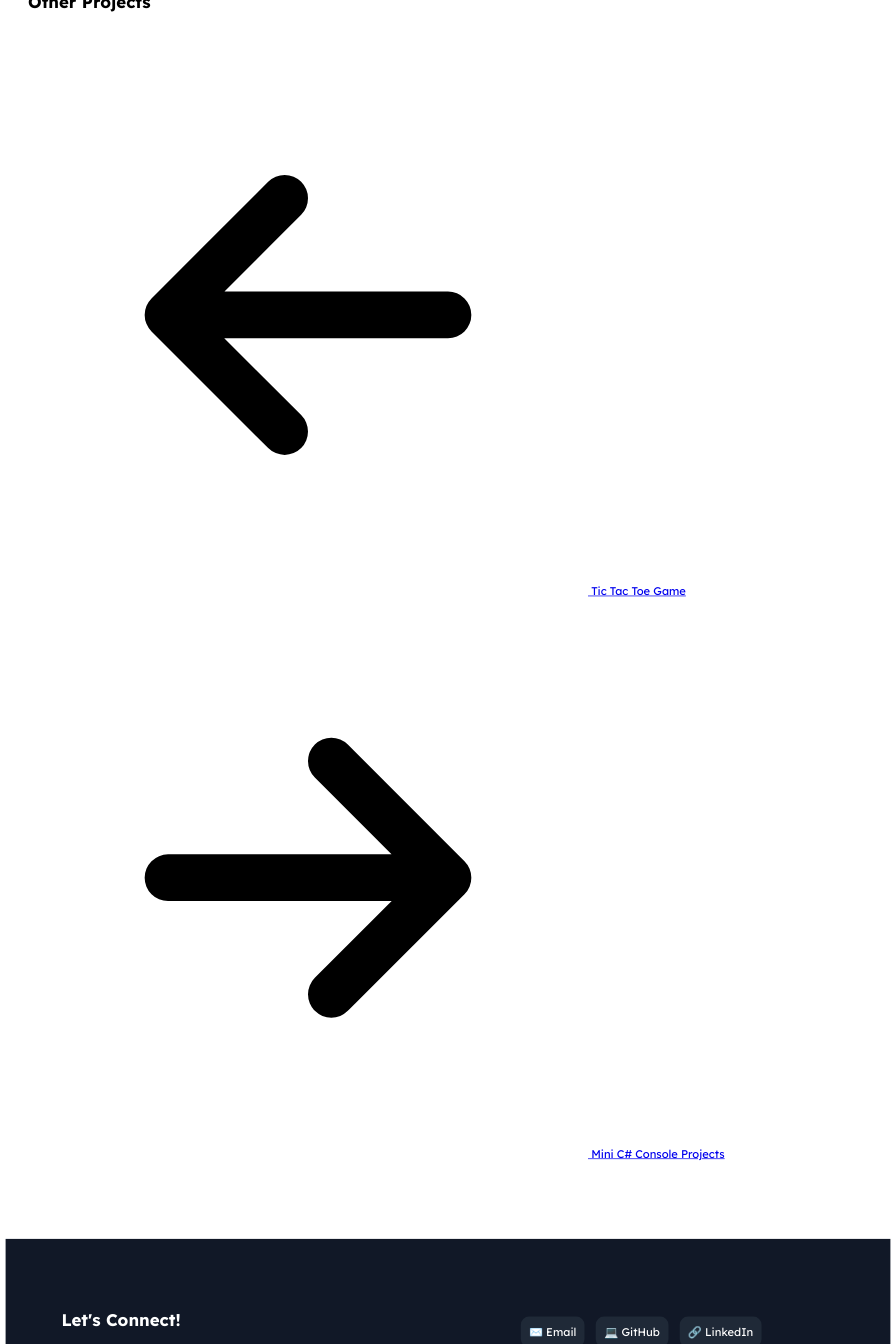
Repository: perrybalaba/perrybalaba
Page: pages/weapon-upgrade.html
The author's editor kept a copy of each file at every save. The page is drawn from the files as they stood at one save, then again after the next save.
The browser window is 1280 px wide. The pictures show the part of the page from y = 737 to 2657 px (the page is 2781 px tall before and 2901 px after), at 70% of full size.

Above is the page before, as saved 2026-05-14 18:22:00.

### pages/weapon-upgrade.html
<!DOCTYPE html>
<html lang="en">
<head>
    <meta charset="UTF-8">
    <meta name="viewport" content="width=device-width, initial-scale=1.0">
    <title> Perry's Portfolio </title>
    <link rel="stylesheet" href="../styles/projects.css"/>
    <link rel="stylesheet" href="../styles/globals.css"/>
</head>
<body>
    <main>
        <!-- NAVIGATION BAR -->
        <nav class="Nav-Bar">
            <ul>
                <li><a href="../index.html"> About me </a></li>
                <li><a href="../pages/weapon-upgrade.html"> Projects </a></li>
            </ul>
        </nav>
        <!-- INFO -->
        <div class="Project-Info">
            <div class="Project-Info-Container">
                <h2> Weapon Upgrade System </h2>
                <div class="Project-Stats">
                    <span class="Work-In-Progress">
                        <img src="../assets/images/clock-svgrepo-com.svg" alt="in progress"/>
                        Work In Progress
                    </span>
                </div>
                <div class="Project-Info-Card">
                    <h3> Project Overview </h3>
                        <p>
                            This is a console-based C# application inspired by the weapon merchant and upgrade mechanics
                            found in Resident Evil 4. This project simulates a survival-horror weapon shop where the player
                            manages money, purchases weapons, and upgrades weapon statistics.
                        </p>
                    <h3> Pictures </h3>
                </div>
            </div>

        </div>

        <!-- MORE PROJECTS -->
        <div class="Other-Projects">
            <h2> Other Projects </h2>
            <div class="Other-Projects-Card-Left">
                <a href="./tic-tac-toe.html">
                    <img src="../assets/images/arrow-sm-left-svgrepo-com.svg">
                    Tic Tac Toe Game
                </a>
            </div>

            <div class="Other-Projects-Card-Right">
                <a href="./console-projects.html">
                    <img src="../assets/images/arrow-sm-right-svgrepo-com.svg">
                    Mini C# Console Projects
                </a>

            </div>
        </div>

        <!-- CONTACT -->
        <div class="Contact">
            <div class="Contact-Container">
                <div class="Contact-Text">
                    <h2> Let's Connect! </h2>
                    <p>
                        I'm always interested in learning, collaborating, and working on new projects.
                    </p>
                </div>

                <div class="Contact-Links">
                    <a href="mailto:balabaperry@gmail.com"> ✉️ Email</a>
                    <a href="https://github.com/perrybalaba"> 💻 GitHub </a>
                    <a href="https://www.linkedin.com/in/ann-karen-balaba-46b839387/"> 🔗 LinkedIn</a>
                </div>
            </div>
        </div>

    </main>
</body>
</html>

### styles/projects.css
/* NAVIGATION BAR */
.Nav-Bar {
    padding: 1rem;
    border-bottom: 3px solid lightgray;
}

nav ul {
    list-style: none;
    display: flex;
    justify-content: center;
    flex-wrap: wrap;
    gap: 2rem;
    padding: 0;
}

nav ul li a {
    display: block;
    text-align: center;
    padding: .75rem 1rem;
    text-decoration: none;
    color: #374151;
    font-weight: bold;
    padding: 10px;
    border-radius: 10px;
    font-size: 1rem;
    transition: 0.2s;
}

nav ul li a:hover {
    transform: scale(1.08);
    background-color: #f3f4f6;
    color: black;
}

/* PROJECT */
.Other-Projects {
    max-width: 1100px;
    margin: 0;
    padding: 2rem;
}

.Project-Info-Container h2 {
    font-size: 3rem;
    margin-bottom: 1rem;
}

.Project-Stats {
    display: flex;
    gap: 1rem;
    flex-wrap: wrap;
    margin-bottom: 2rem;
}

.Work-In-Progress {
    display: flex;
    align-items: center;
    gap: 6px;
    background-color: #fffaaf;
    padding: 10px;
    border-radius: 1000px;
    font-weight: bold;
}

.Work-In-Progress img {
    width: 20px;
    height: 20px;
}

.Project-Info-Card {
    background-color: #f9fafb;
    padding: 2rem;
    border-radius: 20px;
    line-height: 1.7;
}

.Project-Info-Card h3 {
    font-size: 1.5rem;
    margin-bottom: 1rem;
    margin-top: 2rem;
}

/* OTHER PROJECTS */
.Other-Projects {
    margin-top: 4rem;
}

.Other-Projects h2 {
    margin-bottom: 2rem;
}

.Other-Projects-Card {
    background-color: #f9fafb;
    padding: 1.5rem;
    border-radius: 15px;
    margin-bottom: 1rem;
    transition: 0.2s ease;
}

.Other-Projects-Card:hover {
    transform: translateY(-5px);
    background-color: #f3f4f6;
}

.Other-Projects-Card a {
    text-decoration: none;
    color: #111827;
    font-weight: bold;
    font-size: 1.1rem;
    display:flex;
    align-items: center;
    gap: 10px;
}

/* CONTACT */
.Contact {
    background-color: #111827;
    color: white;
    padding: 5rem;
    margin-top: 5rem;
}

.Contact-Container {
    display: flex;
    justify-content: space-between;
    align-items: center;
    max-width: 1000px;
    margin: 0;
    flex-wrap: wrap;
    gap: 2rem;
}

.Contact-Links {
    display: flex;
    gap: 1rem;
    flex-wrap: wrap;
}

.Contact-Links a {
    text-decoration: none;
    background-color: #1F2937;
    color: white;
    padding: 12px;
    border-radius: 12px;
    transition: 0.2s ease;
}

.Contact-Links a:hover {
    background-color: #374151;
    transform: scale(1.03);
}

### styles/globals.css
/* FONTS */
@font-face {
    font-family: "NotoSans";
    src: url(../assets/fonts/Noto_Sans/NotoSans-VariableFont_wdth\,wght.ttf);
}

@font-face {
    font-family: "Lexend";
    src: url(../assets/fonts/Lexend_Deca\,Noto_Sans/Lexend_Deca/LexendDeca-VariableFont_wght.ttf);
}

.Home-Header {
    font-family: "NotoSans";
}

.Nav-Bar {
    font-family: "Lexend";
}

main {
    font-family: "Lexend";
}

/* TABLET DESIGN */
@media (min-width: 768px) {
    /* NAVIGATION BAR */
    nav ul li a {
        font-size: 1.3rem;
    }

    /* HEADER */
    .Home-Header {
        font-size: 2.2rem;
    }

    /* ABOUT ME */
    .Info {
        flex-direction: row;
        justify-content: center;
        align-items: center;
        gap: 2rem;
        padding: 2rem;
    }

    .Description {
        width: 60%;
        max-width: 600px;
    }

    .Info img {
        max-width: 300px;
        width: 40%;
    }

    /* SKILLS */
    .Skill-Card {
        width: 260px;
    }

    .Skill-Icons img {
        width: 50px;
        height: 50px;
    }
}

/* DESKTOP */
@media (min-width: 1024px) {

    /* NAVIGATION */
    nav ul {
        gap: 4rem;
    }

    nav ul li a {
        font-size: 1.5rem;
    }

    /* ABOUT ME */
    .Info {
        gap: 5rem;
        padding: 4rem;
        justify-content: center;
        flex-direction: row;
        align-items: center;
    }

    .Description {
        max-width: 650px;
        font-size: 1.2rem;
        display: flex;
        flex-direction: column;
        align-items: center;
        justify-content: center;
        gap: 1rem;
    }

    .Info img {
        max-width: 500px;
    }

    .Home-Header {
        font-size: 4rem;
    }

    /* SKILLS */
    .Skill-Container {
        gap: 3rem;
    }

    .Skill-Card {
        width: 280px;
    }

    .Skill-Icons img {
        width: 80px;
        height: 80px;
    }

    /* SKILLS */
    .Projects-Container {
        display: flex;
        flex-direction: column;
        align-items: center;
    }

    .Project-Card {
        width: 100%;
        max-width: 850px;
        margin: 0 auto;
    }
}

After the next save:
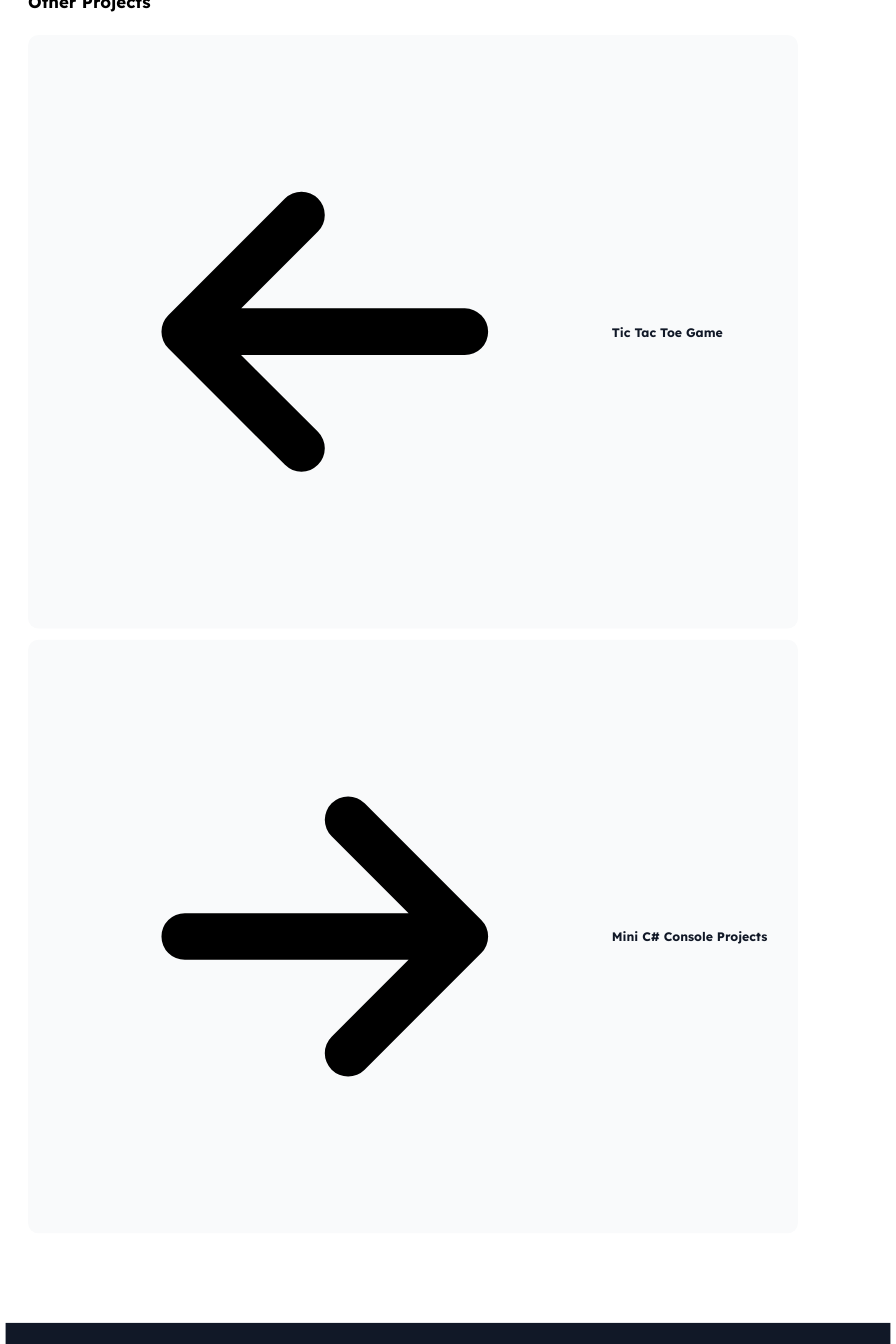
Saved 47 s later.
--- a/pages/weapon-upgrade.html
+++ b/pages/weapon-upgrade.html
@@ -42,14 +42,14 @@
         <!-- MORE PROJECTS -->
         <div class="Other-Projects">
             <h2> Other Projects </h2>
-            <div class="Other-Projects-Card-Left">
+            <div class="Other-Projects-Card Left">
                 <a href="./tic-tac-toe.html">
                     <img src="../assets/images/arrow-sm-left-svgrepo-com.svg">
                     Tic Tac Toe Game
                 </a>
             </div>
 
-            <div class="Other-Projects-Card-Right">
+            <div class="Other-Projects-Card Right">
                 <a href="./console-projects.html">
                     <img src="../assets/images/arrow-sm-right-svgrepo-com.svg">
                     Mini C# Console Projects
